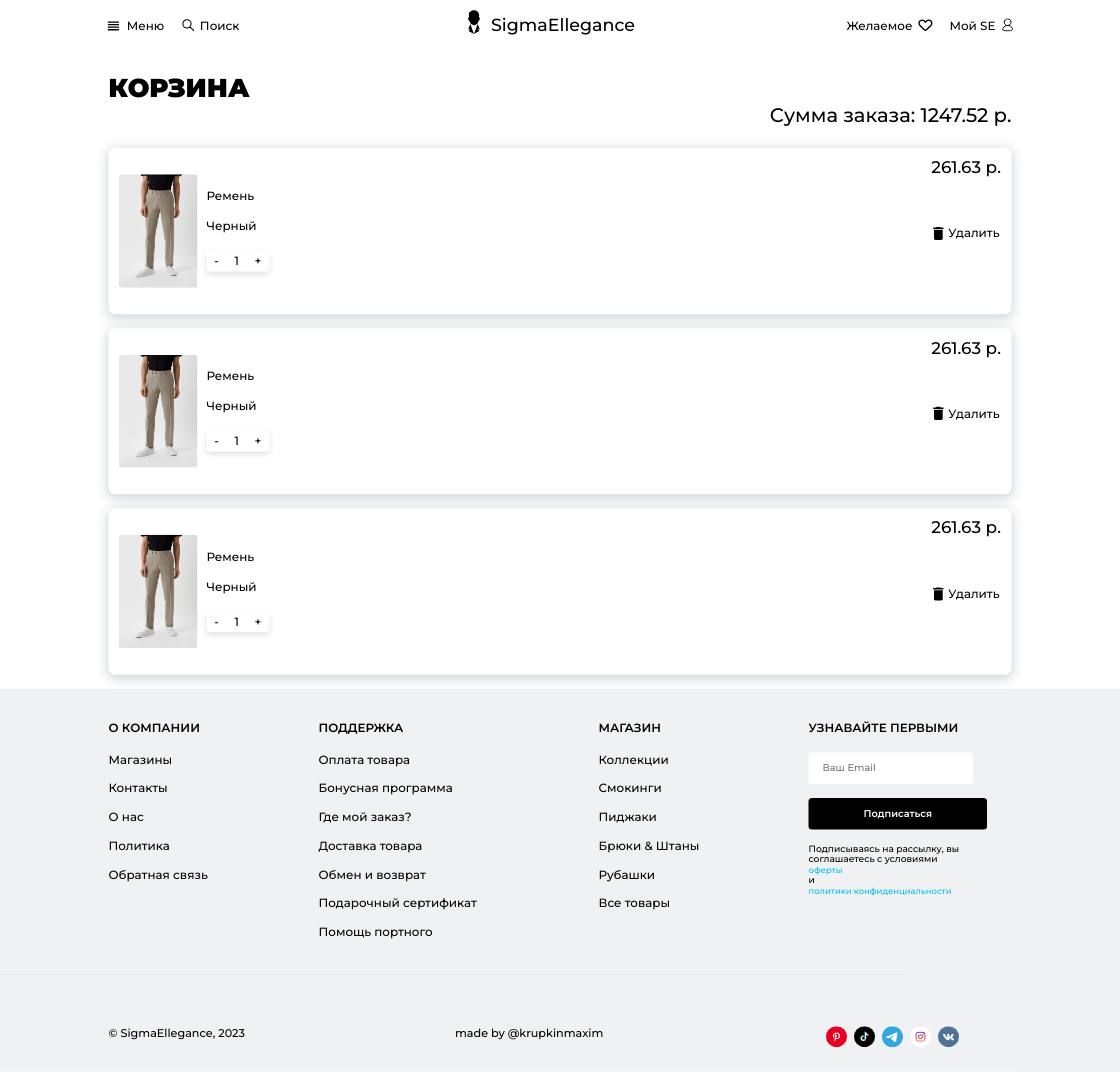
Repository: MaksimKrupkin/SigmaEllegance
Page: /cart
These files come from the project's save history. The page is drawn as it stood at one moment and after a run of saves; the edit follows.
The browser window is 1280 px wide. The page is 1600 px wide, so the pictures cover 1600 px, including what lies to the right of the window. The pictures show the whole page, at 70% of full size.
Some web fonts or font styles are not loaded; a fallback is used. The project was rebuilt for these pictures with package versions that can differ from the ones it lists, and the page was loaded fresh each time. Also part of the build but not shown: src/Components/SideBar/SideBar.module.css, src/Components/SideBar/SideBar.jsx, src/Pages/HomePage.module.css, src/Components/SliderWrapper/SliderWrapper.module.css, src/Components/SliderCard/SliderCard.module.css, src/Components/SliderCard/SliderCard.jsx, src/Components/LeftArrow/LeftArrow.module.css, src/Components/LeftArrow/LeftArrow.jsx and 31 more.

Above is the page before, as saved 2023-12-19 20:11:13.

### public/index.html
<!DOCTYPE html>
<html lang="en">
  <head>
    <meta charset="utf-8" />

    <meta name="viewport" content="width=device-width, initial-scale=1" />
    <link rel="icon" type="image/png" href="./favicon.png" sizes="32x32" />
    <link rel="preconnect" href="https://fonts.googleapis.com" />
    <link rel="preconnect" href="https://fonts.gstatic.com" crossorigin />
    <link
      href="https://fonts.googleapis.com/css2?family=Roboto:wght@400;500;700&display=swap"
      rel="stylesheet" />
    <link
      href="https://fonts.googleapis.com/css2?family=Montserrat:ital,wght@0,300;0,500;0,600;0,900;1,400;1,500&family=Roboto:wght@400;500;700&display=swap"
      rel="stylesheet" />
    <link rel="preconnect" href="https://fonts.googleapis.com" />
    <link rel="preconnect" href="https://fonts.gstatic.com" crossorigin />
    <link
      href="https://fonts.googleapis.com/css2?family=Montserrat:wght@300&family=Roboto:wght@400;500;700&display=swap"
      rel="stylesheet" />
    <link href="https://fonts.cdnfonts.com/css/montserrat" rel="stylesheet" />
    <title>SigmaEllegance</title>
  </head>
  <body>
    <div id="root"></div>
  </body>
</html>

### src/index.js
import React from 'react';
import ReactDOM from 'react-dom/client';
import App from './App';
import { BrowserRouter } from 'react-router-dom';

const root = ReactDOM.createRoot(document.getElementById('root'));
root.render(
  <React.StrictMode>
    <BrowserRouter>
      <App />
    </BrowserRouter>
  </React.StrictMode>,
);

### src/App.js
import React, { useState, useEffect, useRef } from 'react';
import Header from './Components/Header/Header';
import HomePage from './Pages/HomePage';
import styles from './App.module.css';
import GoodsPage from './Pages/GoodsPage/GoodsPage';
import OpenGoodPage from './Pages/OpenGoodPage/OpenGoodPage';
import Footer from './Components/Footer/Footer';
import { BrowserRouter, Route, Routes, useParams } from 'react-router-dom';
import AboutUs from './Pages/AboutUs/AboutUs';
import SearchPage from './Pages/SearchPage/SearchPage';
import Contacts from './Pages/Contacts/Contacts';
import Payment from './Pages/Payment/Payment';
import Cart from './Pages/Cart/Cart';

function App() {
  const { category, id } = useParams();
  const [sidebarOpen, setSidebarOpen] = useState(false);

  const closeSidebar = () => {
    setSidebarOpen(false);
  };

  useEffect(() => {
    const handleOutsideClick = (event) => {};

    document.addEventListener('mousedown', handleOutsideClick);

    return () => {
      document.removeEventListener('mousedown', handleOutsideClick);
    };
  }, []);
  return (
    <div className={styles.container}>
      <Header />
      <Routes>
        <Route path="/" element={<HomePage />} />
        <Route path="/goodspage/" element={<GoodsPage />} />
        <Route path="/goodspage/:category" element={<GoodsPage />} />
        <Route path="/goodspage/:category/:id" element={<OpenGoodPage />} />
        <Route path="/opengoodspage" element={<OpenGoodPage />} />
        <Route path="/opengoodspage/:category/:id" element={<OpenGoodPage />} />
        <Route path="/aboutUsPage" element={<AboutUs />} />
        <Route path="/searchPage" element={<SearchPage />} />
        <Route path="/contacts" element={<Contacts />} />
        <Route path="/payment" element={<Payment />} />
        <Route path="/cart" element={<Cart />} />
      </Routes>

      <Footer />
    </div>
  );
}

export default App;

### src/Components/Header/Header.jsx
import React from 'react';
import { useState } from 'react';
import { Link } from 'react-router-dom';
import styles from './Header.module.css';
import logo from '../../assets/img/logo.svg';
import icon1 from '../../assets/img/Icon1.svg';
import icon2 from '../../assets/img/icon2.svg';
import icon3 from '../../assets/img/icon3.svg';
import icon4 from '../../assets/img/icon4.svg';
import SideBar from '../SideBar/SideBar';

function Header() {
  const [toggleMenu, setToggleMenu] = useState(false);
  const HandleToggle = () => {
    setToggleMenu(!toggleMenu);
  };
  console.log(toggleMenu);
  return (
    <header className={styles.header}>
      <div className={styles.left_part}>
        <div onClick={HandleToggle} className={styles.menu}>
          <img className={styles.icon1} src={icon1} alt="" />
          <p>Меню</p>
        </div>
        {toggleMenu && <SideBar HandleToggle={HandleToggle} />}

        <Link to="/searchPage" className={styles.search}>
          <img className={styles.icon2} src={icon2} alt="" />
          <p>Поиск</p>
        </Link>
      </div>
      <Link to="/" className={styles.logo_part}>
        <img className={styles.logo} src={logo} alt="" />
        <p>SigmaEllegance</p>
      </Link>
      <div className={styles.right_part}>
        <Link to="/cart" className={styles.liked}>
          <p>Желаемое</p>
          <img className={styles.icon3} src={icon3} alt="" />
        </Link>
        <Link className={styles.purchases}>
          <p>Мой SE</p>
          <img className={styles.icon4} src={icon4} alt="" />
        </Link>
      </div>
    </header>
  );
}

export default Header;

### src/App.module.css
body {
  font-family: 'Montserrat', sans-serif;
  display: block;
  margin: 0 auto;
  padding: 0;
  width: 100%;
  position: relative;
  overflow-x: hidden;
}
.container {
  width: 1600px;
  display: block;
  margin: 0 auto;
}

*,
*::before,
*::after {
  box-sizing: border-box;
}

/* Links */

a,
a:link,
a:visited {
  text-decoration: none;
}

a:hover {
  text-decoration: none;
}

/* Common */

aside,
nav,
header,
section,
main {
  display: block;
}

h1,
h2,
h3,
h4,
h5,
h6,
p {
  font-size: inherit;
  font-weight: inherit;
}

ul,
ul li {
  list-style: none;
}

img {
  vertical-align: top;
}

img,
svg {
  max-width: 100%;
  height: auto;
}

address {
  font-style: normal;
}

/* Form */

input,
textarea,
button,
select {
  font-family: inherit;
  font-size: inherit;
  color: inherit;
  background-color: transparent;
}

input::-ms-clear {
  display: none;
}

button,
input[type='submit'] {
  display: inline-block;
  box-shadow: none;
  background-color: transparent;
  background: none;
  cursor: pointer;
}

input:focus,
input:active,
button:focus,
button:active {
  outline: none;
}

button::-moz-focus-inner {
  padding: 0;
  border: 0;
}

label {
  cursor: pointer;
}

legend {
  display: block;
}

### src/Components/Footer/Footer.jsx
import React from 'react';
import icon1 from '../../assets/img/pint.svg';
import icon2 from '../../assets/img/TT.svg';
import icon3 from '../../assets/img/TG.svg';
import icon4 from '../../assets/img/IG.svg';
import icon5 from '../../assets/img/VK.svg';
import styles from './Footer.module.css';

export default function Footer() {
  return (
    <footer className={styles.footer}>
      <div className={styles.column_1}>
        <a className={styles.column_title}>О компании</a>
        <a className={styles.column_item}> Магазины</a>
        <a className={styles.column_item}>Контакты</a>
        <a className={styles.column_item}>О нас</a>
        <a className={styles.column_item}>Политика</a>
        <a className={styles.column_item}>Обратная связь</a>
      </div>
      <div className={styles.column_2}>
        <a className={styles.column_title}>Поддержка</a>
        <a className={styles.column_item}> Оплата товара</a>
        <a className={styles.column_item}>Бонусная программа</a>
        <a className={styles.column_item}>Где мой заказ?</a>
        <a className={styles.column_item}>Доставка товара</a>
        <a className={styles.column_item}>Обмен и возврат</a>
        <a className={styles.column_item}>Подарочный сертификат</a>
        <a className={styles.column_item}>Помощь портного</a>
      </div>
      <div className={styles.column_3}>
        <a className={styles.column_title}>Магазин</a>
        <a className={styles.column_item}> Коллекции</a>
        <a className={styles.column_item}>Смокинги</a>
        <a className={styles.column_item}>Пиджаки</a>
        <a className={styles.column_item}>Брюки & Штаны</a>
        <a className={styles.column_item}>Рубашки</a>
        <a className={styles.column_item}>Все товары</a>
      </div>
      <div className={styles.footer_form}>
        <div className={styles.footer_form_title}>Узнавайте первыми</div>
        <form action={styles.text}>
          <input className={styles.footer_form_email} type="text" placeholder="Ваш Email" />
        </form>
        <div className={styles.footer_button}>
          <div className={styles.footer_link}>Подписаться</div>
        </div>
        <div className={styles.policy}>
          Подписываясь на рассылку, вы соглашаетесь с условиями{' '}
          <a href="" className={styles.policy_link}>
            оферты
          </a>{' '}
          и <a className={styles.policy_link}>политики конфиденциальности</a>{' '}
        </div>
      </div>
      <div className={styles.footer_border}>
        <img src="/img/Border.svg" alt="" />
      </div>
      <div className={styles.sigma_corp}>© SigmaEllegance, 2023</div>
      <div className={styles.made_by}>made by @krupkinmaxim</div>
      <div className={styles.social_networks}>
        <img className={styles.pintrest} src={icon1} alt="" />
        <img className={styles.tik_tok} src={icon2} alt="" />
        <img className={styles.telegram} src={icon3} alt="" />
        <img className={styles.instagram} src={icon4} alt="" />
        <img className={styles.vk} src={icon5} alt="" />
      </div>
    </footer>
  );
}

### src/Pages/Cart/Cart.jsx
import React from 'react';
import styles from './Cart.module.css';
import CartGood from './CartGood/CartGoods';

export default function Cart() {
  return (
    <div className={styles.wrapper}>
      <div className={styles.container}>
        <div className={styles.title}>Корзина</div>
        <div className={styles.sum}>Сумма заказа: 1247.52 р.</div>
        <CartGood />
        <CartGood />
        <CartGood />
      </div>
    </div>
  );
}

### src/Components/Header/Header.module.css
.header {
  font-family: 'Montserrat', sans-serif;
  margin: 0 auto;
  width: 100%;
  height: 10vh;
  display: flex;
  justify-content: space-around;
  align-items: center;
}

.left_part {
  display: flex;
  justify-content: space-between;
  align-items: center;
  gap: 25px;
  color: #000;
  margin-bottom: -2px;

  font-family: Montserrat;
  font-size: 17px;
  font-style: normal;
  font-weight: 500;
  line-height: normal;
}
.menu {
  display: flex;
  justify-content: space-between;
  align-items: center;
  gap: 8px;
  cursor: pointer;
}
.menu:hover {
  color: rgb(80, 77, 77);
}
.icon1 {
  width: 22px;
  height: 22px;
  margin-bottom: 1px;
}
.search {
  display: flex;
  justify-content: space-between;
  align-items: center;
  gap: 8px;
  cursor: pointer;
  color: black;
}

.search:hover {
  color: rgb(80, 77, 77);
}
.icon2 {
  width: 18px;
  height: 18px;
  margin-bottom: 3px;
}

.logo_part {
  margin-bottom: 3px;
  display: flex;
  justify-content: space-between;
  align-items: center;

  color: #000;

  font-family: Montserrat;
  font-size: 25px;
  font-style: normal;
  font-weight: 400;
  line-height: normal;
  cursor: pointer;
}

.logo {
  width: 67.375px;
  height: 69.103px;
  flex-shrink: 0;
  margin-right: -10px;
}
.right_part {
  margin-bottom: -2px;
  display: flex;
  justify-content: space-between;
  align-items: center;
  gap: 23px;
  font-family: Montserrat;
  font-size: 17px;
  font-style: normal;
  font-weight: 500;
  line-height: normal;
}

.liked {
  color: black;
  display: flex;
  justify-content: space-between;
  align-items: center;
  gap: 8px;
  cursor: pointer;
}
.liked:hover {
  color: rgb(80, 77, 77);
}
.icon3 {
  width: 22px;
  height: 22px;
  margin-bottom: 3px;
}

.purchases {
  color: black;
  display: flex;
  justify-content: space-between;
  align-items: center;
  gap: 8px;
  cursor: pointer;
}
.purchases:hover {
  color: rgb(80, 77, 77);
}

.icon4 {
  width: 19px;
  height: 19px;
  margin-bottom: 3px;
}

### src/Components/Footer/Footer.module.css
.footer {
  background-color: #eff1f3;
  width: 1600px;
  height: 547px;
  position: absolute;
  overflow-y: hidden;
  margin-top: 0px;
}
a {
  display: block;
}

.column_1 {
  position: absolute;
  top: 45px;
  left: 155px;
}

.column_2 {
  position: absolute;
  top: 45px;
  left: 455px;
}

.column_3 {
  position: absolute;
  top: 45px;
  left: 855px;
}
.column_title {
  font-style: normal;
  font-weight: 600;
  font-size: 17px;
  line-height: 21px;
  text-transform: uppercase;
  color: #000000;
  margin-bottom: 25px;
}

.column_item {
  font-family: 'Montserrat';
  font-style: normal;
  font-weight: 400;
  font-size: 17px;
  line-height: 21px;
  color: #000000;
  margin-bottom: 20px;
  cursor: pointer;
}

.footer_form {
  position: absolute;
  top: 45px;
  left: 1155px;
}

.footer_form_title {
  font-style: normal;
  font-weight: 600;
  font-size: 17px;
  line-height: 21px;
  text-transform: uppercase;
  color: #000000;
  margin-bottom: 25px;
}
.footer {
  opacity: 1;
}
.footer_form_email {
  width: 235px;
  height: 45px;
  background-color: white;
  border: none;
  border-radius: 5px;
  font-style: normal;
  font-weight: 400;
  font-size: 14px;
  line-height: 17px;
  padding-left: 20px;
  color: rgba(0, 0, 0, 0.4);
}
.footer_form_email:focus {
  border: 2px solid black;
}

.footer_button {
  margin-top: 20px;
  margin-bottom: 20px;
  width: 255px;
  background-color: #000000;
  border-radius: 5px;
  text-align: center;
  font-style: normal;
  font-weight: 600;
  font-size: 14px;
  line-height: 45px;
  color: #ffffff;
  cursor: pointer;
}
.footer_link {
  color: #ffffff;
}

.policy {
  width: 254px;
  font-style: normal;
  font-weight: 400;
  font-size: 13px;
  line-height: 15px;
  color: #000000;
}
.policy_link {
  font-style: normal;
  font-weight: 400;
  font-size: 12px;
  line-height: 15px;
  color: #00bfed;
}

.footer_border {
  position: absolute;
  bottom: 120px;
}

.sigma_corp {
  position: absolute;
  left: 155px;
  bottom: 45px;

  font-weight: 500;
}

.made_by {
  position: absolute;
  left: 650px;
  bottom: 45px;
  font-weight: 500;
}

.social_networks {
  position: absolute;
  left: 1180px;
  bottom: 35px;
}
.pintrest {
  width: 30px;
  height: 30px;
  margin-right: 10px;
  transition: all 0.1s ease-in;
  cursor: pointer;
}
.pintrest:hover {
  width: 35px;
  height: 35px;
  transform: translateY(-3px);
}
.tik_tok {
  width: 30px;
  height: 30px;
  margin-right: 10px;
  transition: all 0.1s ease-in;
  cursor: pointer;
}
.tik_tok:hover {
  width: 35px;
  height: 35px;
  transform: translateY(-3px);
}
.telegram {
  width: 30px;
  height: 30px;
  margin-right: 10px;
  transition: all 0.1s ease-in;
  cursor: pointer;
}
.telegram:hover {
  width: 35px;
  height: 35px;
  transform: translateY(-3px);
}
.instagram {
  width: 30px;
  height: 30px;
  margin-right: 10px;
  transition: all 0.1s ease-in;
  cursor: pointer;
}
.instagram:hover {
  width: 35px;
  height: 35px;
  transform: translateY(-3px);
}
.vk {
  width: 30px;
  height: 30px;
  margin-right: 10px;
  transition: all 0.1s ease-in;
  cursor: pointer;
}
.vk:hover {
  width: 35px;
  height: 35px;
  transform: translateY(-3px);
}

### src/Pages/Cart/Cart.module.css
.wrapper {
  width: 1600px;
  min-height: 90vh;
  display: flex;
  justify-content: center;
}
.container {
  width: 1290px;
}
.title {
  margin-top: 30px;
  color: #000;

  font-family: Montserrat;
  font-size: 37px;
  font-style: normal;
  font-weight: 700;
  line-height: normal;
  text-transform: uppercase;
}
.sum {
  font-size: 28px;
  font-weight: 500;
  text-align: right;
  margin-bottom: 30px;
}

### src/Pages/Cart/CartGood/CartGoods.jsx
import React from 'react';
import styles from './CartGood.module.css';
import image from '../../../assets/img/bruki-1.webp';
import { MdDelete } from 'react-icons/md';

export default function CartGood() {
  return (
    <div className={styles.good_item}>
      <img className={styles.goods_img} src={image} alt="" />
      <div className={styles.goods_data}>
        <p className={styles.goods_type}>Ремень</p>
        <p className={styles.goods_color}>Черный</p>
        <div className={styles.goods_count}>
          <div>-</div>
          <div>1</div>
          <div>+</div>
        </div>
      </div>
      <div className={styles.right}>
        <p className={styles.goods_price}>261.63 р.</p>
        <div className={styles.goods_delete}>
          <MdDelete fontSize={25} />
          <p className={styles.delete_text}>Удалить</p>
        </div>
      </div>
    </div>
  );
}

### src/Pages/Cart/CartGood/CartGood.module.css
.good_item {
  padding: 15px;

  width: 100%;
  height: 33vh;
  border-radius: 10px;
  display: flex;
  justify-content: space-between;
  align-items: center;
  -webkit-box-shadow: 0px 4px 15px 3px rgba(34, 60, 80, 0.2);
  -moz-box-shadow: 0px 4px 15px 3px rgba(34, 60, 80, 0.2);
  box-shadow: 0px 4px 15px 3px rgba(34, 60, 80, 0.2);
  margin-bottom: 20px;
}

.goods_img {
  width: 112px;
  border-radius: 4px;
}
.goods_data {
  display: flex;
  flex-direction: column;
  justify-content: space-between;
  gap: 21px;
  margin-left: -930px;
  font-size: 17px;
  font-weight: 500;
}
.goods_count {
  font-size: 17px;
  cursor: pointer;
  display: flex;
  align-items: center;
  justify-content: space-around;
  width: 90px;
  height: 30px;
  border-radius: 5px;
  margin: 0;

  -webkit-box-shadow: 0px 4px 7px 1px rgba(34, 60, 80, 0.12);
  -moz-box-shadow: 0px 4px 7px 1px rgba(34, 60, 80, 0.12);
  box-shadow: 0px 4px 7px 1px rgba(34, 60, 80, 0.12);
}
.goods_type {
  line-height: 17px;
  margin: 0;
}
.goods_color {
  line-height: 17px;
  padding-bottom: 5px;
  margin: 0;
  margin-top: 5px;
}
.right {
  height: 100%;
  display: flex;
  flex-direction: column;
  align-items: end;
  font-size: 17px;
  font-weight: 500;
  gap: 53px;
}
.goods_price {
  font-size: 24px;
  margin: 0;
  margin-top: -2px;
}
.goods_delete {
  margin: 0;
  margin-right: 2px;
  display: flex;
  justify-content: space-between;
  align-items: center;
  gap: 2px;
  cursor: pointer;
}

After the next 2 saves:
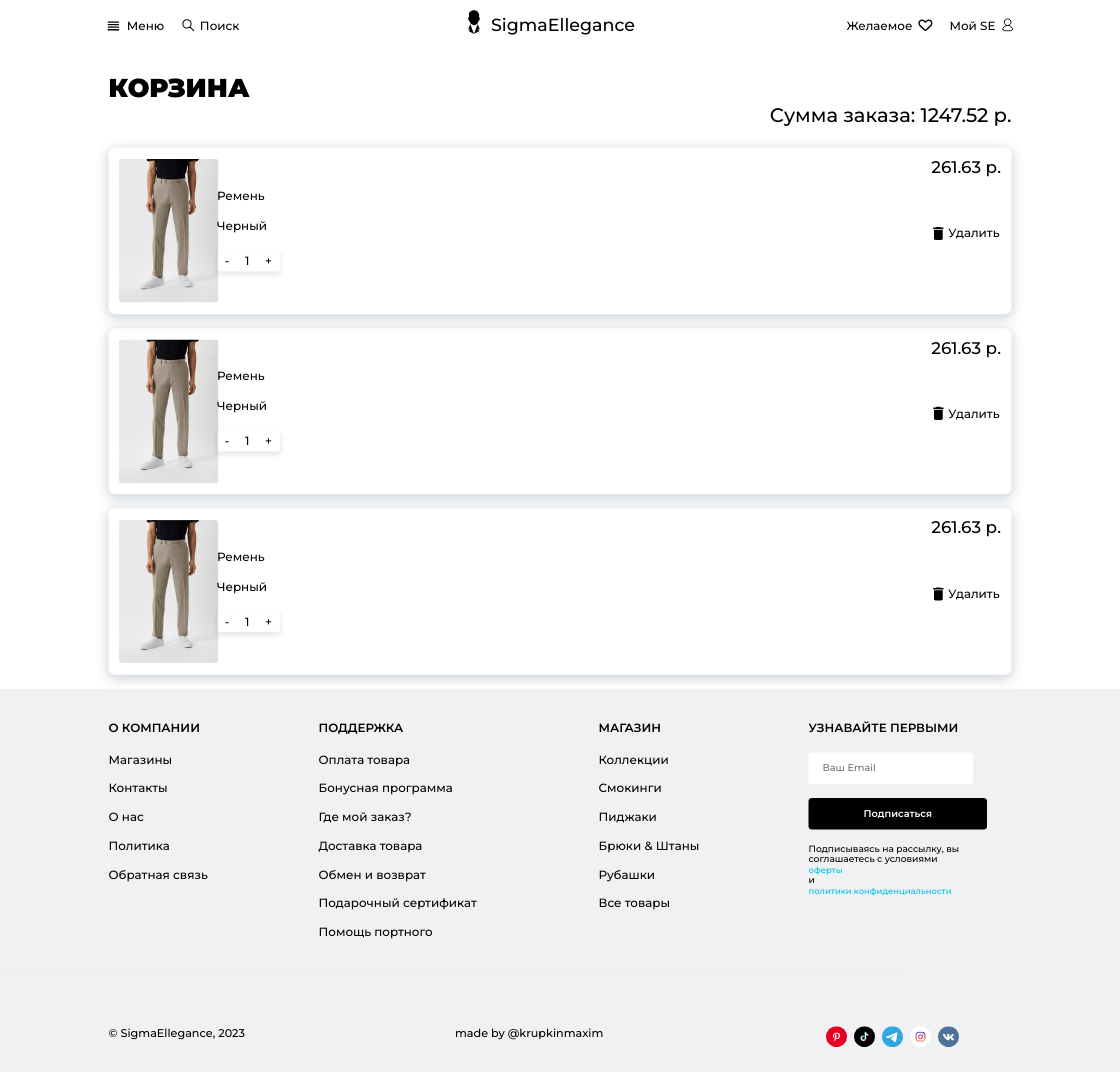
The 2 saves are shown as one change because they came seconds apart.
The last was saved 7 s later.
--- a/src/Pages/Cart/CartGood/CartGood.module.css
+++ b/src/Pages/Cart/CartGood/CartGood.module.css
@@ -14,7 +14,7 @@
 }
 
 .goods_img {
-  width: 112px;
+  width: 142px;
   border-radius: 4px;
 }
 .goods_data {
